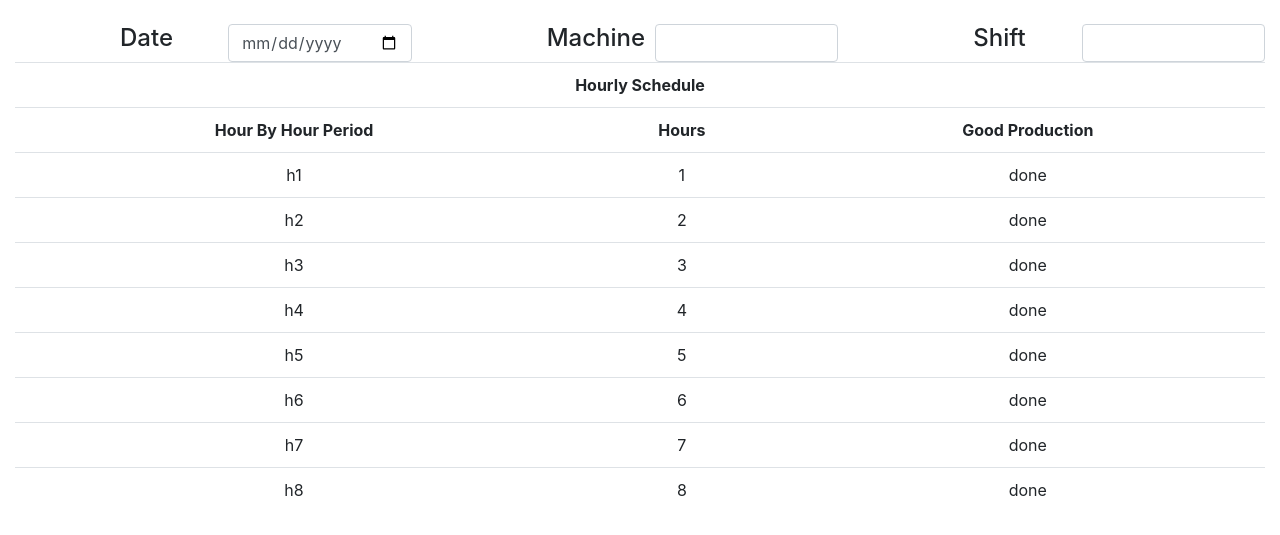
Repository: hisamit97/TVS-Locas
Page: index.html
The author's editor kept a copy of each file at every save. The page is drawn from the files as they stood at one save, then again after the next save.
The browser window is 1280 px wide. The pictures show the whole page.

Above is the page before, as saved 2020-11-30 18:39:38.

### index.html
<html>

<head>
    <title>TVS LoCas</title>
    <link rel="stylesheet" href="https://cdn.jsdelivr.net/npm/bootstrap@4.5.3/dist/css/bootstrap.min.css" integrity="sha384-TX8t27EcRE3e/ihU7zmQxVncDAy5uIKz4rEkgIXeMed4M0jlfIDPvg6uqKI2xXr2" crossorigin="anonymous">

<!-- jQuery and JS bundle w/ Popper.js -->
<script src="https://code.jquery.com/jquery-3.5.1.slim.min.js" integrity="sha384-DfXdz2htPH0lsSSs5nCTpuj/zy4C+OGpamoFVy38MVBnE+IbbVYUew+OrCXaRkfj" crossorigin="anonymous"></script>
<script src="https://cdn.jsdelivr.net/npm/bootstrap@4.5.3/dist/js/bootstrap.bundle.min.js" integrity="sha384-ho+j7jyWK8fNQe+A12Hb8AhRq26LrZ/JpcUGGOn+Y7RsweNrtN/tE3MoK7ZeZDyx" crossorigin="anonymous"></script>
</head>
<body>
    <div class="container-fluid">
        <div class="row">
            <div class="col-md-4"></div>
            <div class="col-md-4"></div>
            <div class="col-md-4"></div>
        </div>
        <br>
        <div class="row" >
            <div class="col-md-4">
                <div class="row">
                    <div class="col-md-6" style="padding-left: 120px;"><h4>Date</h4></div>
                    <div class="col-md-6"><input type="date" class="form-control mr-3"></div>
                </div>
            </div>
            <div class="col-md-4">
                <div class="row">
                    <div class="col-md-6" style="padding-left: 120px;"><h4>Machine</h4></div>
                    <div class="col-md-6"><input type="text" class="form-control"></div>
                </div>
            </div>
            <div class="col-md-4">
                <div class="row">
                    <div class="col-md-6" style="padding-left: 120px;"><h4>Shift</h4></div>
                    <div class="col-md-6"><input type="text" class="form-control"></div>
                </div>
            </div>
        </div>
        <div class="row">
            <div class="col-md-12">
                <table class="table">
                   <tr style="text-align: center;">
                       <th colspan="3">Hourly Schedule</th>
                   </tr>
                   <tr style="text-align: center;">
                       <th>Hour By Hour Period</th>
                       <th>Hours</th>
                       <th>Good Production</th>
                    </tr>
                    <tr style="text-align: center;">
                        <td>h1</td>
                        <td>1</td>
                        <td>done</td>
                    </tr>
                    <tr style="text-align: center;">
                        <td>h2</td>
                        <td>2</td>
                        <td>done</td>
                    </tr>
                    <tr style="text-align: center;">
                        <td>h3</td>
                        <td>3</td>
                        <td>done</td>
                    </tr>
                    <tr style="text-align: center;">
                        <td>h4</td>
                        <td>4</td>
                        <td>done</td>
                    </tr>
                    <tr style="text-align: center;">
                        <td>h5</td>
                        <td>5</td>
                        <td>done</td>
                    </tr>
                    <tr style="text-align: center;">
                        <td>h6</td>
                        <td>6</td>
                        <td>done</td>
                    </tr>
                    <tr style="text-align: center;">
                        <td>h7</td>
                        <td>7</td>
                        <td>done</td>
                    </tr>
                    <tr style="text-align: center;">
                        <td>h8</td>
                        <td>8</td>
                        <td>done</td>
                    </tr>
                </table>
            </div>
        </div>
    </div>
</body>
</html>

After the next save:
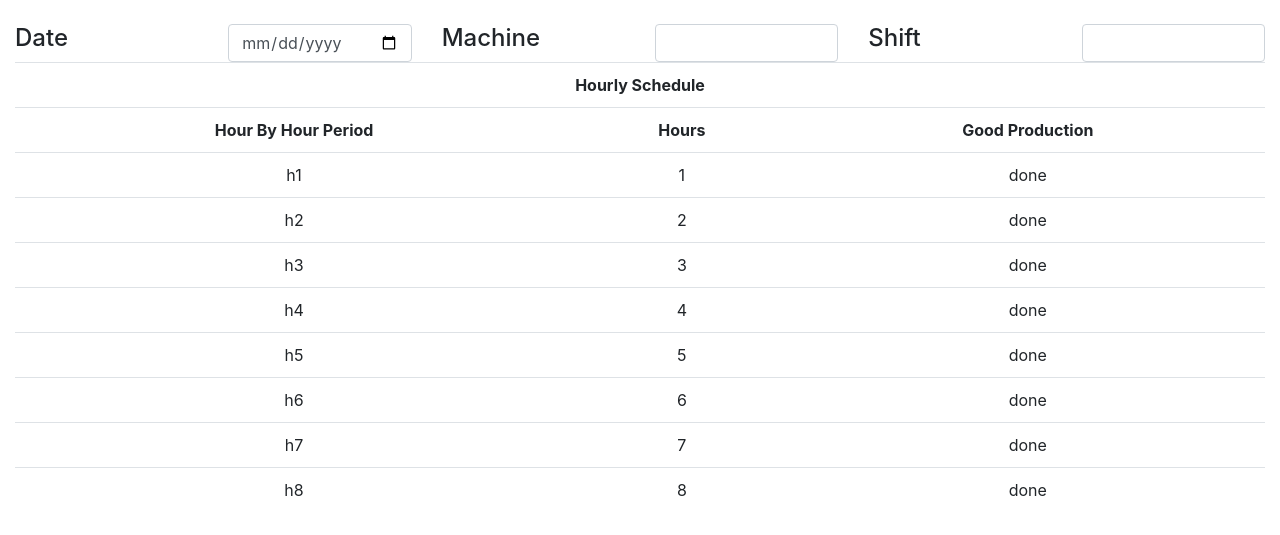
Saved 40 s later.
--- a/index.html
+++ b/index.html
@@ -19,19 +19,19 @@
         <div class="row" >
             <div class="col-md-4">
                 <div class="row">
-                    <div class="col-md-6" style="padding-left: 120px;"><h4>Date</h4></div>
+                    <div class="col-md-6" ><h4>Date</h4></div>
                     <div class="col-md-6"><input type="date" class="form-control mr-3"></div>
                 </div>
             </div>
             <div class="col-md-4">
                 <div class="row">
-                    <div class="col-md-6" style="padding-left: 120px;"><h4>Machine</h4></div>
+                    <div class="col-md-6" ><h4>Machine</h4></div>
                     <div class="col-md-6"><input type="text" class="form-control"></div>
                 </div>
             </div>
             <div class="col-md-4">
                 <div class="row">
-                    <div class="col-md-6" style="padding-left: 120px;"><h4>Shift</h4></div>
+                    <div class="col-md-6" ><h4>Shift</h4></div>
                     <div class="col-md-6"><input type="text" class="form-control"></div>
                 </div>
             </div>
